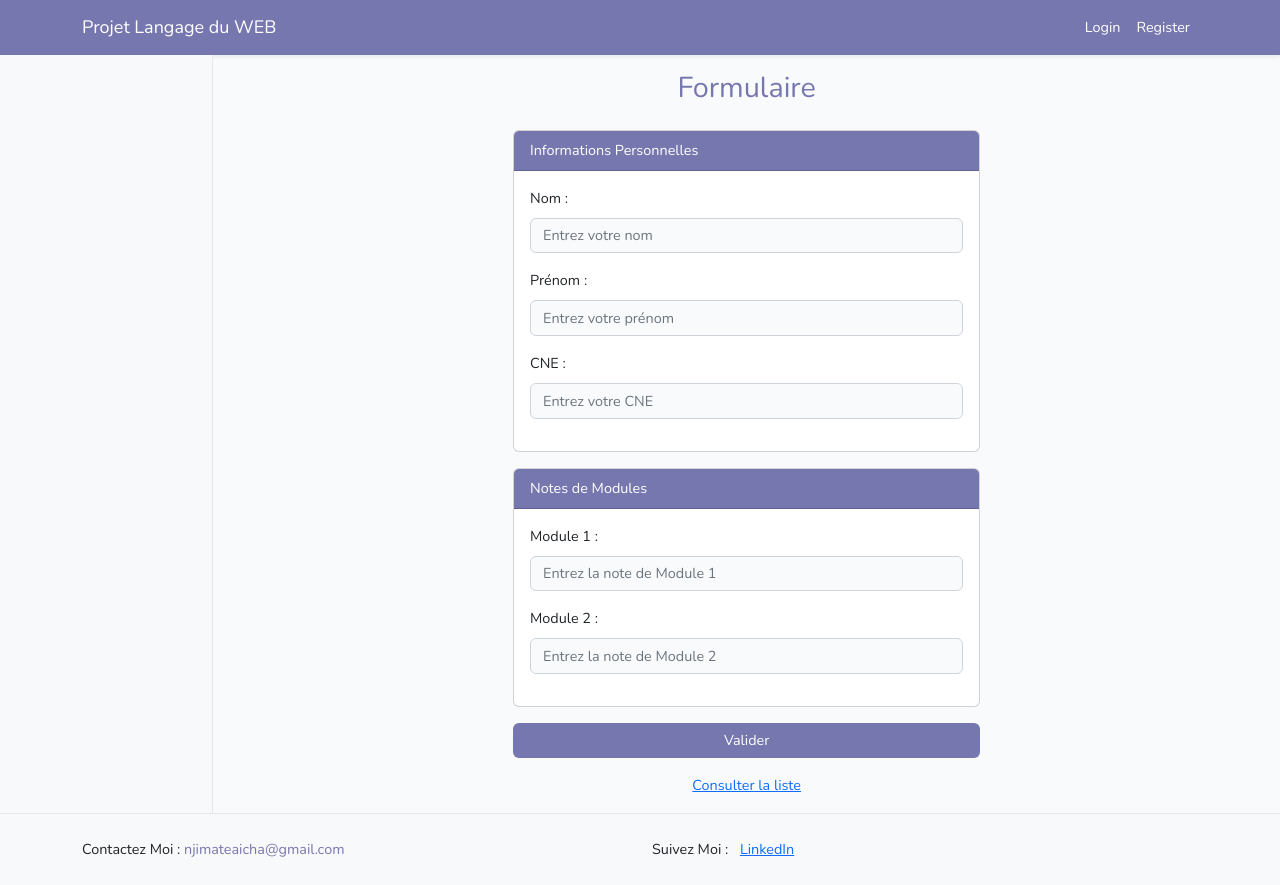
Repository: NjimateAicha/LaravelWeb
Page: http://localhost/etudiant/create
The author's editor kept a copy of each file at every save. The page is drawn from the files as they stood at one save, then again after the next save.
The browser window is 1280 px wide. The pictures show the whole page.
Some web libraries are served in a nearby version. The page is served by the project's Laravel application, run on PHP 8.4 with Laravel 9. Style sheets and scripts are compiled from the project's sources, by tool versions that may differ from the author's.

Above is the page before, as saved 2024-05-19 18:05:04.

After the next save:
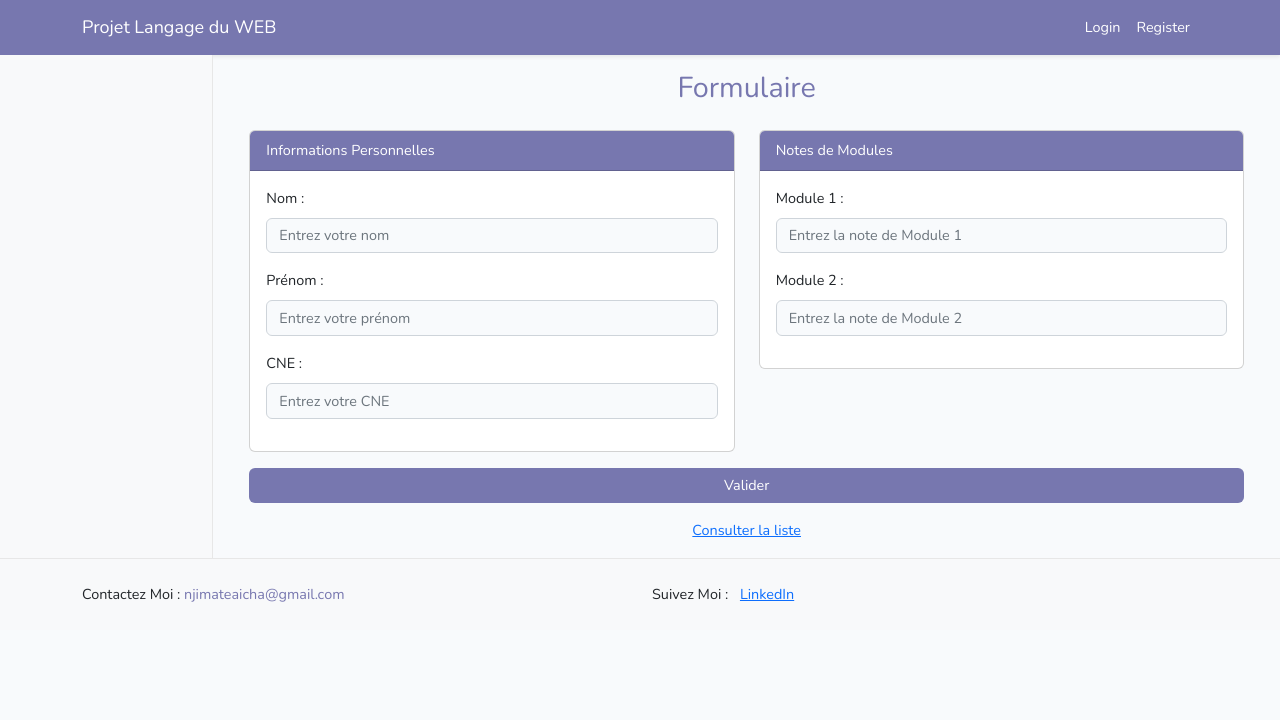
Saved 2 min 30 s later.
--- a/resources/views/etudiant/create.blade.php
+++ b/resources/views/etudiant/create.blade.php
@@ -2,42 +2,40 @@
 @section('content')
 
 <style>
-
-    h2{
+    h2 {
         color: #7777af;
     }
-    .card-header{
+    .card-header {
         color: #fff;
         background-color: #7777af;
-
     }
     .custom-btn {
         color: #fff;
         background-color: #7777af;
         border: none;
     }
-
     .custom-btn:hover {
         background-color: #555577;
     }
-    .card-title{
+    .card-title {
         color: #7777af;
     }
 </style>
 
-    <div class="container mt-3">
-        @if ($errors->any())
-            <div class="alert alert-danger">
-                <ul>
-                    @foreach ($errors->all() as $error)
-                        <li>{{ $error }}</li>
-                    @endforeach
-                </ul>
-            </div>
-        @endif
+<div class="container mt-3">
+    @if ($errors->any())
+        <div class="alert alert-danger">
+            <ul>
+                @foreach ($errors->all() as $error)
+                    <li>{{ $error }}</li>
+                @endforeach
+            </ul>
+        </div>
+    @endif
 
-        <h2 class="text-center mb-4">Formulaire</h2>
-        <div class="col-md-6 mx-auto">
+    <h2 class="text-center mb-4">Formulaire</h2>
+    <div class="row">
+        <div class="col-md-6">
             <form action="{{ route('etudiant.store') }}" method="POST">
                 @csrf
                 <!-- Informations personnelles -->
@@ -46,45 +44,42 @@
                     <div class="card-body">
                         <div class="form-group">
                             <label for="nom">Nom :</label>
-                            <input type="text" class="form-control" id="nom" name="nom"
-                                placeholder="Entrez votre nom" required>
+                            <input type="text" class="form-control" id="nom" name="nom" placeholder="Entrez votre nom" required>
                         </div>
                         <div class="form-group">
                             <label for="prenom">Prénom :</label>
-                            <input type="text" class="form-control" id="prenom" name="prenom"
-                                placeholder="Entrez votre prénom" required>
+                            <input type="text" class="form-control" id="prenom" name="prenom" placeholder="Entrez votre prénom" required>
                         </div>
                         <div class="form-group">
                             <label for="cne">CNE :</label>
-                            <input type="text" class="form-control" id="cne" name="cne"
-                                placeholder="Entrez votre CNE" required>
+                            <input type="text" class="form-control" id="cne" name="cne" placeholder="Entrez votre CNE" required>
                         </div>
                     </div>
                 </div>
-                <!-- Notes de modules -->
-                <div class="card mb-3">
-                    <div class="card-header">Notes de Modules</div>
-                    <div class="card-body">
-                        <div class="form-group">
-                            <label for="module1">Module 1 :</label>
-                            <input type="number" class="form-control" id="module1" name="module1"
-                                placeholder="Entrez la note de Module 1" required>
-                        </div>
-                        <div class="form-group">
-                            <label for="module2">Module 2 :</label>
-                            <input type="number" class="form-control" id="module2" name="module2"
-                                placeholder="Entrez la note de Module 2" required>
-                        </div>
-
+        </div>
+        <div class="col-md-6">
+            <!-- Notes de modules -->
+            <div class="card mb-3">
+                <div class="card-header">Notes de Modules</div>
+                <div class="card-body">
+                    <div class="form-group">
+                        <label for="module1">Module 1 :</label>
+                        <input type="number" class="form-control" id="module1" name="module1" placeholder="Entrez la note de Module 1" required>
+                    </div>
+                    <div class="form-group">
+                        <label for="module2">Module 2 :</label>
+                        <input type="number" class="form-control" id="module2" name="module2" placeholder="Entrez la note de Module 2" required>
                     </div>
                 </div>
-                <!-- Bouton Valider -->
-                <button type="submit" class="btn custom-btn btn-block">Valider</button>
-            </form>
-            <!-- Lien pour consulter la liste -->
-            <p class="text-center mt-3"><a href="{{ route('etudiant.index') }}">Consulter la liste</a></p>
+            </div>
         </div>
     </div>
-
+    <!-- Bouton Valider -->
+    <button type="submit" class="btn custom-btn btn-block">Valider</button>
+    </form>
+    <!-- Lien pour consulter la liste -->
+    <p class="text-center mt-3"><a href="{{ route('etudiant.index') }}">Consulter la liste</a></p>
+</div>
+</div>
 
 @endsection
